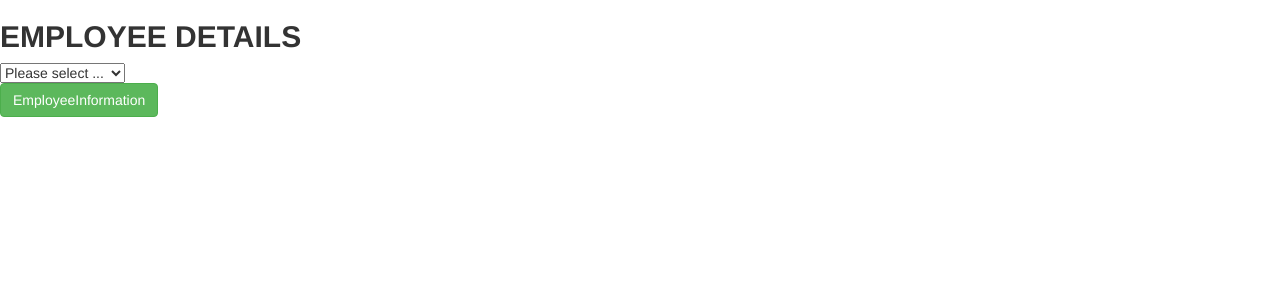
Repository: royakash07/FirstWebApplication
Page: http://localhost/SampleWebApplication/Details.jsp
An editor plug-in stored every save of this project. The page is shown before and after the next save, followed by the edit.
The browser window is 1280 px wide. The pictures show the whole page.
Some web libraries are served in a nearby version. The page is served by Tomcat 9. Other server files are loaded and not shown.

Above is the page before, as saved 2017-12-01 07:22:57.

### SampleWebApplication/WebContent/Details.jsp
<%@ page language="java" contentType="text/html; charset=ISO-8859-1"
    pageEncoding="ISO-8859-1"%>
<!DOCTYPE html PUBLIC "-//W3C//DTD HTML 4.01 Transitional//EN" "http://www.w3.org/TR/html4/loose.dtd">
<html>
<head>
<meta http-equiv="Content-Type" content="text/html; charset=ISO-8859-1">
<title>Details</title>
  <meta name="viewport" content="width=device-width, initial-scale=1">
  <link rel="stylesheet" href="https://maxcdn.bootstrapcdn.com/bootstrap/3.3.7/css/bootstrap.min.css">
  <script src="https://ajax.googleapis.com/ajax/libs/jquery/3.2.1/jquery.min.js"></script>
  <script src="https://maxcdn.bootstrapcdn.com/bootstrap/3.3.7/js/bootstrap.min.js"></script>
<meta http-equiv="Content-Type" content="text/html; charset=ISO-8859-1">
<script type="text/javascript">
function showfield(name){
	  if(name=='byId')document.getElementById('div1').innerHTML='byId: <input type="text" class="form-control" name="Id" />';
	  else if(name=='byName')document.getElementById('div1').innerHTML='<input type="text" class="form-control" name="Name" placeholder="Employee Name" />';
	  else document.getElementById('div1').innerHTML='';
	}
</script>
</head>
<body>
<h2><strong>EMPLOYEE DETAILS</strong></h2>
<form action="EmployeeInformation" method="post">
<select name="empDetail" id="empDetail" onchange="showfield(this.options[this.selectedIndex].value)">
<option class="drop"selected="selected">Please select ...</option>
<option value="all">Get All Details</option>
<option value="byName">Details by Name</option>
<option value="byId">Details by Id</option>
</select>
<div id="div1">
</div>
<input type="button"class="btn btn-success" value="EmployeeInformation">
</form>
</body>
</html>

After the next save:
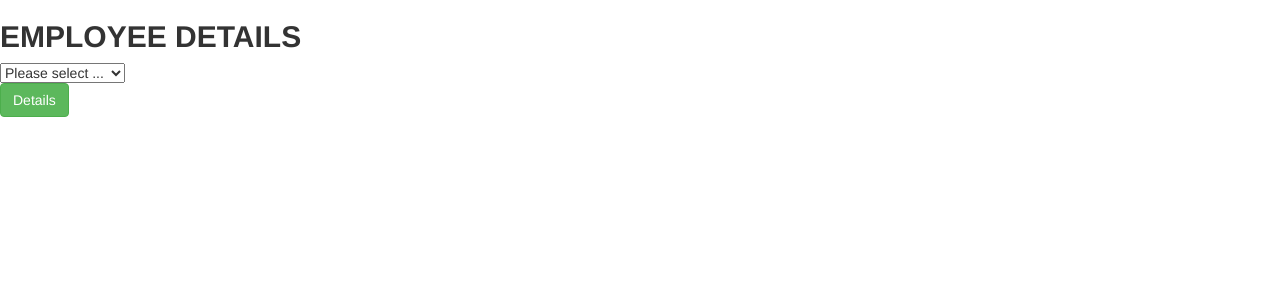
Saved 13 s later.
--- a/SampleWebApplication/WebContent/Details.jsp
+++ b/SampleWebApplication/WebContent/Details.jsp
@@ -29,7 +29,7 @@ function showfield(name){
 </select>
 <div id="div1">
 </div>
-<input type="button"class="btn btn-success" value="EmployeeInformation">
+<input type="button"class="btn btn-success" value="Details">
 </form>
 </body>
 </html>
